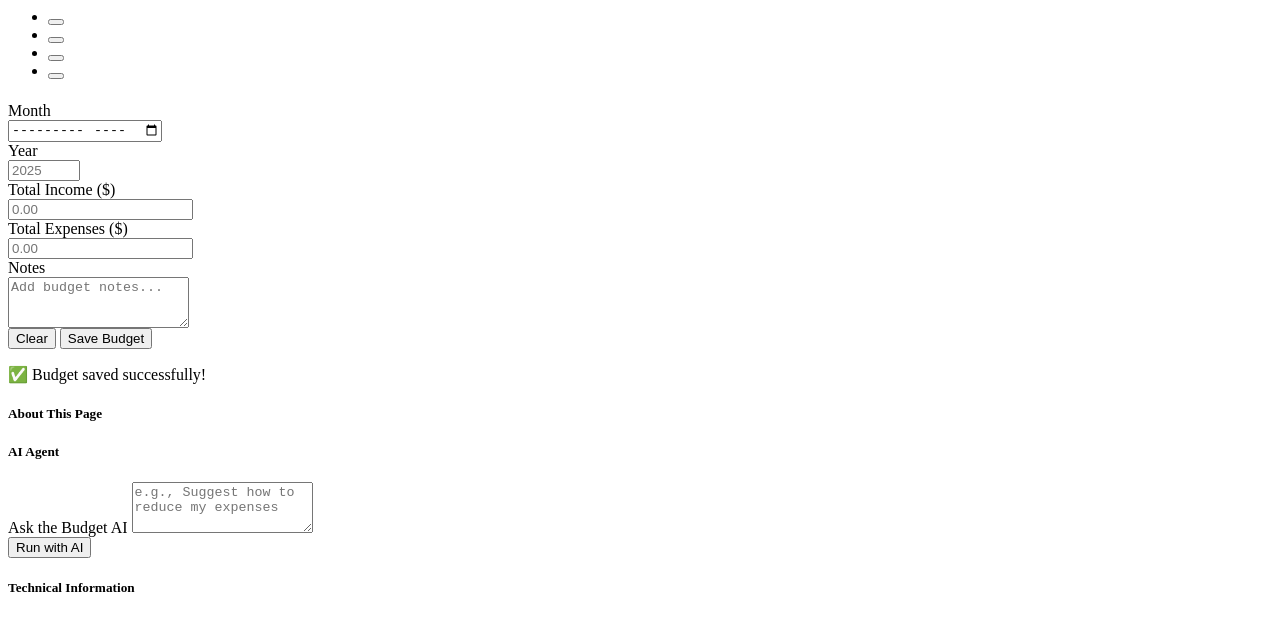
Repository: tonym642/bizcore360-wp
Page: pages/budget.html
An editor plug-in stored every save of this project. The page is shown before and after the next save, followed by the edit.
The browser window is 1280 px wide. The pictures show the whole page.

Above is the page before, as saved 2025-10-22 16:59:48.
Console error: ReferenceError: initModulePage is not defined

### pages/budget.html
<div class="container-fluid p-4">
  <div class="card shadow-sm rounded-3">
    <div class="card-body">
      <h4 class="mb-3 fw-semibold text-primary" id="moduleTitle"></h4>

      <!-- 4-Tab Icon Menu -->
      <ul class="nav nav-tabs justify-content-start gap-2 border-0" id="moduleTabs" role="tablist">
        <li class="nav-item" role="presentation">
          <button class="nav-link active" id="main-tab" data-bs-toggle="tab" data-bs-target="#main" type="button" role="tab" data-bs-toggle="tooltip" title="Overview">
            <i class="bi bi-speedometer2 fs-5"></i>
          </button>
        </li>
        <li class="nav-item" role="presentation">
          <button class="nav-link" id="info-tab" data-bs-toggle="tab" data-bs-target="#info" type="button" role="tab" data-bs-toggle="tooltip" title="Info">
            <i class="bi bi-info-circle fs-5"></i>
          </button>
        </li>
        <li class="nav-item" role="presentation">
          <button class="nav-link" id="ai-tab" data-bs-toggle="tab" data-bs-target="#ai" type="button" role="tab" data-bs-toggle="tooltip" title="AI Agent">
            <i class="bi bi-robot fs-5"></i>
          </button>
        </li>
        <li class="nav-item" role="presentation">
          <button class="nav-link" id="tech-tab" data-bs-toggle="tab" data-bs-target="#tech" type="button" role="tab" data-bs-toggle="tooltip" title="Tech Details">
            <i class="bi bi-gear fs-5"></i>
          </button>
        </li>
      </ul>

      <!-- Tab Content -->
      <div class="tab-content mt-4" id="moduleTabsContent">

        <!-- 1️⃣ MAIN TAB: Your existing Budget Form -->
        <div class="tab-pane fade show active" id="main" role="tabpanel">
          <h5 class="fw-semibold" id="mainTabTitle"></h5>

          <form id="budgetForm" class="needs-validation" novalidate>
            <div class="row mb-3 flex-row align-items-center">
              <div class="col-5 col-md-4 d-flex align-items-center justify-content-md-end justify-content-start">
                <label for="budgetMonth" class="form-label fw-medium w-100 text-md-end text-start mb-0">Month</label>
              </div>
              <div class="col-7 col-md-8">
                <input type="month" class="form-control text-start" id="budgetMonth" required />
              </div>
            </div>

            <div class="row mb-3 flex-row align-items-center">
              <div class="col-5 col-md-4 d-flex align-items-center justify-content-md-end justify-content-start">
                <label for="budgetYear" class="form-label fw-medium w-100 text-md-end text-start mb-0">Year</label>
              </div>
              <div class="col-7 col-md-8">
                <input type="number" class="form-control text-start" id="budgetYear" placeholder="2025" min="2000" max="2100" />
              </div>
            </div>

            <div class="row mb-3 flex-row align-items-center">
              <div class="col-5 col-md-4 d-flex align-items-center justify-content-md-end justify-content-start">
                <label for="totalIncome" class="form-label fw-medium w-100 text-md-end text-start mb-0">Total Income ($)</label>
              </div>
              <div class="col-7 col-md-8">
                <input type="number" class="form-control text-start" id="totalIncome" placeholder="0.00" step="0.01" />
              </div>
            </div>

            <div class="row mb-3 flex-row align-items-center">
              <div class="col-5 col-md-4 d-flex align-items-center justify-content-md-end justify-content-start">
                <label for="totalExpenses" class="form-label fw-medium w-100 text-md-end text-start mb-0">Total Expenses ($)</label>
              </div>
              <div class="col-7 col-md-8">
                <input type="number" class="form-control text-start" id="totalExpenses" placeholder="0.00" step="0.01" />
              </div>
            </div>

            <div class="row mb-3 flex-row align-items-start">
              <div class="col-5 col-md-4 d-flex align-self-start justify-content-md-end justify-content-start">
                <label for="budgetNotes" class="form-label fw-medium w-100 text-md-end text-start mb-0">Notes</label>
              </div>
              <div class="col-7 col-md-8">
                <textarea class="form-control text-start" id="budgetNotes" rows="3" placeholder="Add budget notes..."></textarea>
              </div>
            </div>

            <div class="text-end">
              <button type="reset" class="btn btn-outline-secondary me-2">Clear</button>
              <button type="submit" class="btn btn-primary">Save Budget</button>
            </div>
          </form>

          <div id="budgetAlert" class="alert alert-success mt-3 d-none" role="alert">
            ✅ Budget saved successfully!
          </div>
        </div>

        <!-- 2️⃣ INFO TAB -->
        <div class="tab-pane fade" id="info" role="tabpanel">
          <h5 class="fw-semibold">About This Page</h5>
          <p id="infoText" class="text-secondary"></p>
        </div>

        <!-- 3️⃣ AI AGENT TAB -->
        <div class="tab-pane fade" id="ai" role="tabpanel">
          <h5 class="fw-semibold">AI Agent</h5>
          <form id="aiForm" class="mt-3">
            <div class="mb-3">
              <label class="form-label">Ask the Budget AI</label>
              <textarea class="form-control" id="aiInput" rows="3" placeholder="e.g., Suggest how to reduce my expenses"></textarea>
            </div>
            <button type="submit" class="btn btn-primary">Run with AI</button>
          </form>
          <div id="aiOutput" class="mt-3"></div>
        </div>

        <!-- 4️⃣ TECH DETAILS TAB -->
        <div class="tab-pane fade" id="tech" role="tabpanel">
          <h5 class="fw-semibold">Technical Information</h5>
          <pre class="bg-light p-3 rounded small" id="techData"></pre>
        </div>
      </div>
    </div>
  </div>
</div>

<!-- Initialize Universal Module -->
<script>
initModulePage({
  name: "budget",
  title: "Budget Planner",
  info: "This page allows you to record and analyze your income and expenses, save your monthly budget, and run AI suggestions for optimization.",
  aiEndpoint: "/api/budget/run"
});

// simple local save feedback
document.getElementById('budgetForm').addEventListener('submit', function(e){
  e.preventDefault();
  document.getElementById('budgetAlert').classList.remove('d-none');
  setTimeout(() => document.getElementById('budgetAlert').classList.add('d-none'), 3000);
});
</script>

<!-- test-version: 2025-10-22-final -->

After the next save:
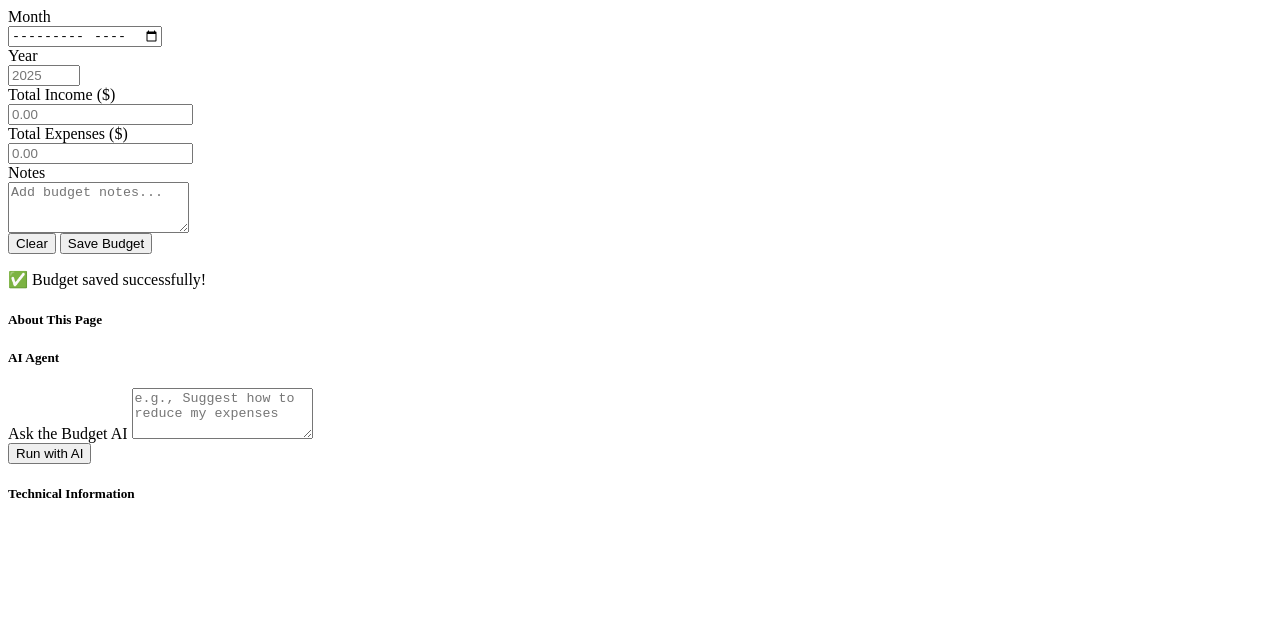
Saved 2 min 59 s later.
--- a/pages/budget.html
+++ b/pages/budget.html
@@ -1,39 +1,22 @@
+<!-- Simulate current user role -->
+<script>
+  // Change role to "admin" or "developer" to see Tech tab
+  window.currentUser = { role: "admin" };
+</script>
+
 <div class="container-fluid p-4">
   <div class="card shadow-sm rounded-3">
     <div class="card-body">
       <h4 class="mb-3 fw-semibold text-primary" id="moduleTitle"></h4>
 
-      <!-- 4-Tab Icon Menu -->
-      <ul class="nav nav-tabs justify-content-start gap-2 border-0" id="moduleTabs" role="tablist">
-        <li class="nav-item" role="presentation">
-          <button class="nav-link active" id="main-tab" data-bs-toggle="tab" data-bs-target="#main" type="button" role="tab" data-bs-toggle="tooltip" title="Overview">
-            <i class="bi bi-speedometer2 fs-5"></i>
-          </button>
-        </li>
-        <li class="nav-item" role="presentation">
-          <button class="nav-link" id="info-tab" data-bs-toggle="tab" data-bs-target="#info" type="button" role="tab" data-bs-toggle="tooltip" title="Info">
-            <i class="bi bi-info-circle fs-5"></i>
-          </button>
-        </li>
-        <li class="nav-item" role="presentation">
-          <button class="nav-link" id="ai-tab" data-bs-toggle="tab" data-bs-target="#ai" type="button" role="tab" data-bs-toggle="tooltip" title="AI Agent">
-            <i class="bi bi-robot fs-5"></i>
-          </button>
-        </li>
-        <li class="nav-item" role="presentation">
-          <button class="nav-link" id="tech-tab" data-bs-toggle="tab" data-bs-target="#tech" type="button" role="tab" data-bs-toggle="tooltip" title="Tech Details">
-            <i class="bi bi-gear fs-5"></i>
-          </button>
-        </li>
-      </ul>
+      <!-- Tab Content -->
+      <div class="tab-content mt-3" id="moduleTabsContent">
 
-      <!-- Tab Content -->
-      <div class="tab-content mt-4" id="moduleTabsContent">
-
-        <!-- 1️⃣ MAIN TAB: Your existing Budget Form -->
+        <!-- MAIN TAB -->
         <div class="tab-pane fade show active" id="main" role="tabpanel">
           <h5 class="fw-semibold" id="mainTabTitle"></h5>
 
+          <!-- Budget Form -->
           <form id="budgetForm" class="needs-validation" novalidate>
             <div class="row mb-3 flex-row align-items-center">
               <div class="col-5 col-md-4 d-flex align-items-center justify-content-md-end justify-content-start">
@@ -91,13 +74,13 @@
           </div>
         </div>
 
-        <!-- 2️⃣ INFO TAB -->
+        <!-- INFO TAB -->
         <div class="tab-pane fade" id="info" role="tabpanel">
           <h5 class="fw-semibold">About This Page</h5>
           <p id="infoText" class="text-secondary"></p>
         </div>
 
-        <!-- 3️⃣ AI AGENT TAB -->
+        <!-- AI AGENT TAB -->
         <div class="tab-pane fade" id="ai" role="tabpanel">
           <h5 class="fw-semibold">AI Agent</h5>
           <form id="aiForm" class="mt-3">
@@ -110,7 +93,7 @@
           <div id="aiOutput" class="mt-3"></div>
         </div>
 
-        <!-- 4️⃣ TECH DETAILS TAB -->
+        <!-- TECH TAB (required for admin/developer) -->
         <div class="tab-pane fade" id="tech" role="tabpanel">
           <h5 class="fw-semibold">Technical Information</h5>
           <pre class="bg-light p-3 rounded small" id="techData"></pre>
@@ -120,21 +103,21 @@
   </div>
 </div>
 
-<!-- Initialize Universal Module -->
+<!-- Page Logic -->
 <script>
-initModulePage({
-  name: "budget",
-  title: "Budget Planner",
-  info: "This page allows you to record and analyze your income and expenses, save your monthly budget, and run AI suggestions for optimization.",
-  aiEndpoint: "/api/budget/run"
-});
+  // initialize universal module
+  initModulePage({
+    name: "budget",
+    title: "Budget Planner",
+    info: "This page allows you to record and analyze your income and expenses, save your monthly budget, and run AI suggestions for optimization.",
+    aiEndpoint: "/api/budget/run"
+  });
 
-// simple local save feedback
-document.getElementById('budgetForm').addEventListener('submit', function(e){
-  e.preventDefault();
-  document.getElementById('budgetAlert').classList.remove('d-none');
-  setTimeout(() => document.getElementById('budgetAlert').classList.add('d-none'), 3000);
-});
+  // show saved message
+  document.getElementById('budgetForm').addEventListener('submit', function (e) {
+    e.preventDefault();
+    const alertBox = document.getElementById('budgetAlert');
+    alertBox.classList.remove('d-none');
+    setTimeout(() => alertBox.classList.add('d-none'), 3000);
+  });
 </script>
-
-<!-- test-version: 2025-10-22-final -->
